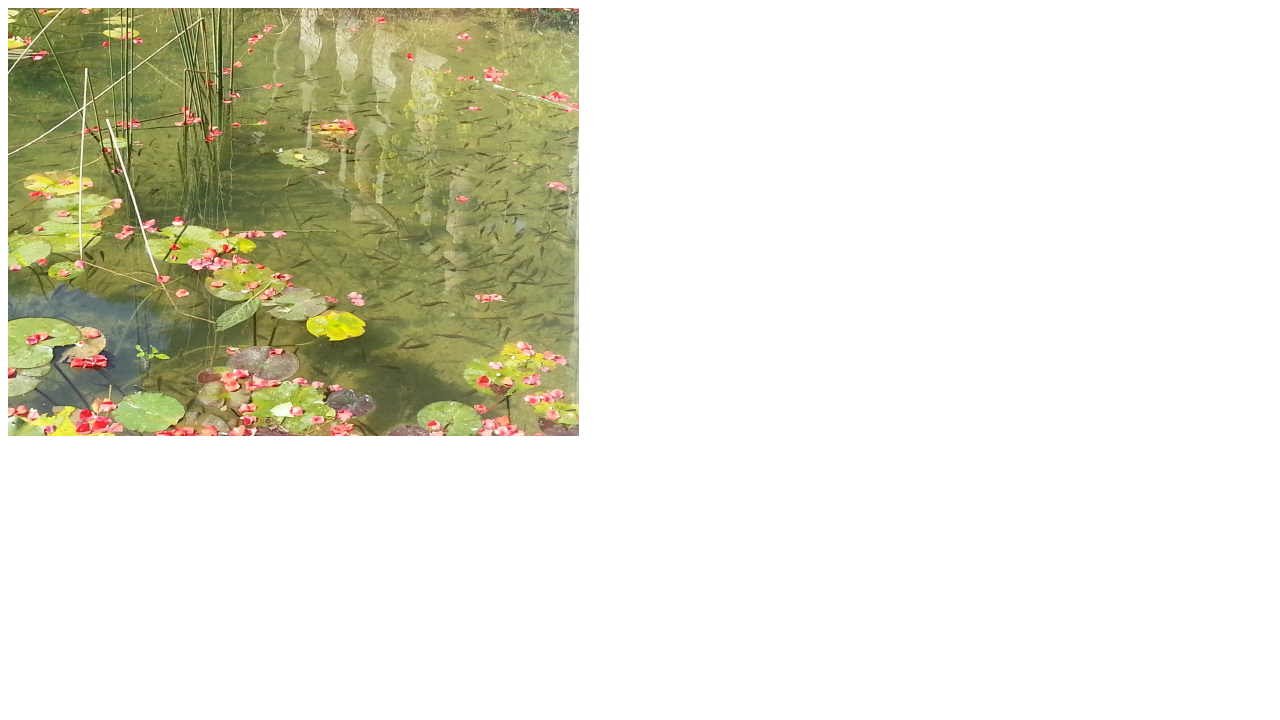
Repository: wishinghyun/multicampus
Page: webwork/clientweb/WebContent/js_basic/js_if_test.html
The author's editor kept a copy of each file at every save. The page is drawn from the files as they stood at one save, then again after the next save.
The browser window is 1280 px wide. The pictures show the whole page.

Above is the page before, as saved 2020-01-07 02:48:19.

### webwork/clientweb/WebContent/js_basic/js_if_test.html
<!DOCTYPE html>
<html>
<head>
	<meta charset="EUC-KR">
	<title>Insert title here</title>
</head>
<body>
	<script type="text/javascript">
		num1 = 100;
		num2 = 200;
		result = num1 + num2;
		alert(result);
		myval = 80;
		if(myval>=90){
			document.write("<img src='../images/jang1.jpg'/>");
		}else{
			document.write("<img src='../images/m_garden07.jpg'/>");
		}
	</script>
</body>
</html>

After the next save:
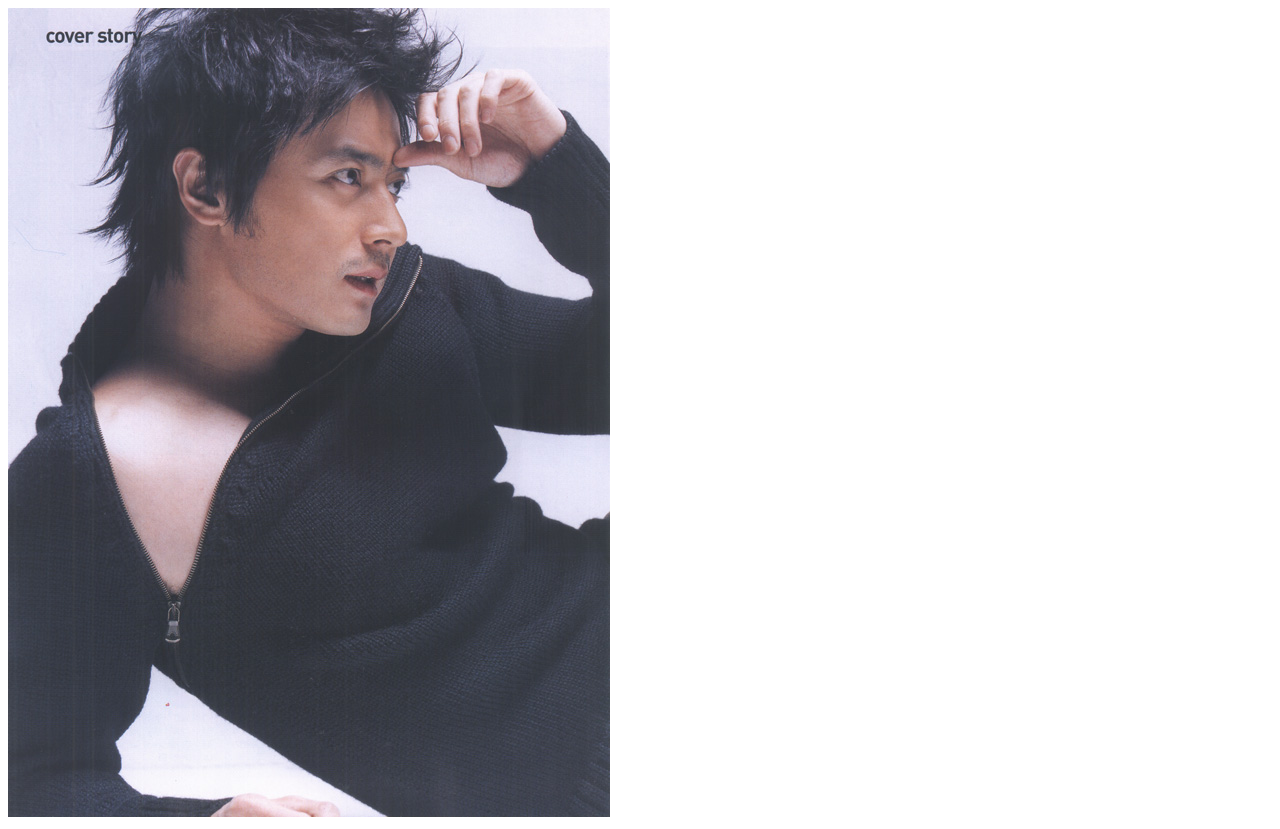
Saved 46 s later.
--- a/webwork/clientweb/WebContent/js_basic/js_if_test.html
+++ b/webwork/clientweb/WebContent/js_basic/js_if_test.html
@@ -10,7 +10,7 @@
 		num2 = 200;
 		result = num1 + num2;
 		alert(result);
-		myval = 80;
+		myval = 90;
 		if(myval>=90){
 			document.write("<img src='../images/jang1.jpg'/>");
 		}else{
